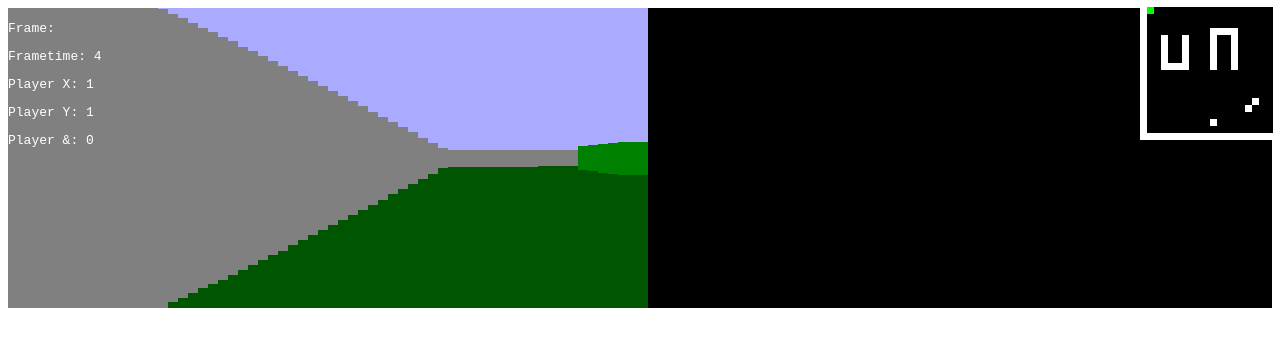
Repository: MarianoGitelman/javascript
Page: Raycaster.html
The author's editor kept a record of every edit. The page is drawn from the files as they stood at one moment, then again after the next edit.
The browser window is 1280 px wide. The pictures show the whole page.

Above is the page before.

### Raycaster.html
<html>
	<head>
		<title>g</title>
		<link href="raycaster.css" type="text/css" rel="stylesheet">
		<script src="jquery.js"></script>
		<script src="mGame.js"></script>
		<script src="Raycaster.js"></script>
	</head>

	<script type="text/javascript">
		var game;
		$(document).ready(function(){
			game = new Raycaster(
				{
					target		: '.juego',
					nCols		: 64
				}
			);
		});

	</script>
	<body>
		<div class="juego"></div>
	</body>
</html>

### raycaster.css
.raycaster{
    height:300px;
    /*width:100%;*/
    background-color:black;
    color:white;
    font-family: monospace;
    overflow:hidden;
}
.raycaster .world{
    position: absolute;
}
.raycaster .col{
    height:300px;
    /*border-left:1px solid red;*/
    width:10px;
    float:left;
    position:relative;
}
.raycaster .col .wall{
    height:10px;
    width:100%;background:green;
    position:absolute;
    font-size: 7px;
}
.raycaster .sky, .raycaster .floor{
    width:100%;
    height:50%;
    position:absolute;
    float:left;
}
.raycaster .sky{
    top:0px;
    background:#aaaaff;
}
.raycaster .floor{
    bottom:0px;
    background:#005500;
}

.console {
    position: fixed;

}

.minimap {
    width: 100px;
    height: 100px;
    background: black;
    color: white;
    /*border: 1px solid green;*/
    position: absolute;
    right: 0;
    top: 0;
    zoom:7;
}
.minimap .actor{
    height: 1px;
    width: 1px;
    background:#00ff00;
    position:absolute;
}
.minimap .block{
    height: 1px;
    width: 1px;
    background:white;
    position:absolute;
}

### mGame.js
var m = m||{};
function Input(conf){
	var me = this;
	me.target = conf.target;

	me.mRight	= false;
	me.mLeft	= false;
	me.kSpace	= false;
	me.kLeft	= false;
	me.kRight	= false;
	console.log("bind", me.target);
	$(me.target).on("keydown", function(e){
		//console.log("[Input] keydown", e.keyCode);
		switch(e.keyCode){
			case 32	: me.kSpace	= true; break;
			case 37	: me.kLeft	= true; break;
			case 39	: me.kRight	= true; break;
			case 38	: me.kUp	= true; break;
			case 40	: me.kDown	= true; break;
			case 49	: me.k1		= true; break;
			case 50	: me.k2		= true; break;
		}

	});
	$(me.target).on("keyup", function(e){
		//console.log("[Input] keyup", e.keyCode);
		switch(e.keyCode){
			case 32	: me.kSpace	= false; break;
			case 37	: me.kLeft	= false; break;
			case 39	: me.kRight	= false; break;
			case 38	: me.kUp	= false; break;
			case 40	: me.kDown	= false; break;
			case 49	: me.k1		= false; break;
			case 50	: me.k2		= false; break;
		}
	});
	/*$(me.target).on("mousedown", function(e){
		me.mLeft = true;
	});
	$(me.target).on("mouseup", function(e){
		me.mLeft = false;
	});

	$(me.target).on("mousemove", function(e){
		//console.log(e.pageX);
	});*/
	$(me.target).on("click", function(e){
		console.log("click!");
	});

	return me;
}

function Actor(conf){
	var me = this;
	//console.log("[Actor] constructor", conf);
	var classNames = [];
	if( conf.classNames ){
		classNames = conf.classNames;
	}
	classNames.push('Actor');
	//console.log("Actor classNames", classNames, classNames.toString().replace(/,/g, " "), typeof this);
	me.el = $('<div class="'+classNames.toString().replace(/,/g, " ")+'"></div>');
	//me.hitBoxes=[];
	me.collisionAnimationDuration = 15;
	me.collisionAnimationIndex = 0;
	me.dyingI = -1;
	me.dyingDuration = 10;
	me.center	= [null, null];

	for( var si in me.hitBoxes ){
		me.hitBoxes[si].el = $('<div class="hitbox"></div>');
		me.hitBoxes[si].el.css(me.hitBoxes[si]);
		me.el.append(me.hitBoxes[si].el);

	}

	$(conf.target).append(me.el);
	me.w = me.el.width();
	me.h = me.el.height();
	me.x2 = me.x+me.w;//deberían reemplazarse con una llamada a .update()
	me.y2 = me.y+me.h;
	me.accel = [0,0];
	me.accelAmount = 15;
	//me.update();
	return me;
}
Actor.prototype.move = function(params){//recibe deltax, deltay
	var me = this;
	//console.log("[Ship] move", params);
	if( params.x ){
		this.x = me.x+params.x;
	}
	if( params.y ){
		this.y = me.y+params.y;
	}
}
/*Actor.prototype.collision = function(c){
	if(c){
		this.el[0].classList.add("collision");
	}
	else{
		this.el[0].classList.remove("collision");
	}
}*/
Actor.prototype.collision = function(){
	this.colliding=true;
	this.collisionAnimationIndex=0;
}
Actor.prototype.doCollision = function(){
	if( this.collisionAnimationIndex<this.collisionAnimationDuration ){
		this.el[0].classList.add("collision");
		this.collisionAnimationIndex++;
	}
	else{
		this.el[0].classList.remove("collision");
		this.colliding=false;
	}
}
Actor.prototype.getX = function(){
	return this.x;
}
Actor.prototype.getY = function(){
	return this.y;
}
Actor.prototype.update = function(){
	var nextX = this.x+this.accel[0];
	var nextY = this.y+this.accel[1];
	var nextX2 = nextX + this.w;
	var nextY2 = nextY + this.h;
	if( !this.constrainToTarget ){
		this.x = nextX;
		this.y = nextY;
		this.x2 = nextX2;
		this.y2 = nextY2;
	}
	else{
		if( nextX>=0&&nextX2<=this.target.w ){
			this.x = nextX;
			this.x2= nextX2;
		}
		else{
			if( nextX<=0 ){
				this.x=0;
				this.x2=this.x+this.w;
				this.accel[0]=0;

			}
			if( nextX2>=this.target.w ){
				this.x=this.target.w-this.w;
				this.x2=this.x+this.w;
				this.accel[0]=0;
			}
		}
		if( nextY>=0&&nextY2<=this.target.h ){
			this.y = nextY;
			this.y2 = nextY2;
		}
		else{
			if( nextY<=0 ){
				this.y=0;
				this.y2=this.y+this.h;
				this.accel[1]=0;
			}
			if( nextY2>=this.target.h ){
				this.y=this.target.h-this.h;
				this.y2=this.y+this.w;
				this.accel[1]=0;
			}

		}
	}
	this.center = [ this.x+(this.w/2), this.y+(this.h/2) ];
	//ahora update a todas las caras
	for( var si in this.hitBoxes ){
		var s = this.hitBoxes[si];
		s.x = this.x+s.left;
		s.x2 = s.x+s.width;
		s.y = this.y+s.top;
		s.y2 = s.y+s.height;
	}

	if( this.colliding ){
		this.doCollision();
	}

	if( this.dyingI>=0 ){
		this.doDying();
	}
}
Actor.prototype.setWidth = function(w){
	this.width = w;
	this.el.width(w);
}
Actor.prototype.setHeight = function(h){
	this.height = h;
	this.el.height(h);
}
Actor.prototype.render	= function(){
	this.el[0].style.top = this.y;
	this.el[0].style.left = this.x;
}
Actor.prototype.accelUp	= function(){
	if( this.accel[1]>-this.accelAmount ){
		this.accel[1]--;
	}
}
Actor.prototype.accelDown	= function(){
	if( this.accel[1]<this.accelAmount ){
		this.accel[1]++;
	}
}
Actor.prototype.accelLeft	= function(){
	if( this.accel[0]>-this.accelAmount ){
		this.accel[0]--;
	}
}
Actor.prototype.accelRight	= function(){
	if( this.accel[0]<this.accelAmount ){
		this.accel[0]++;
	}
}
Actor.prototype.brakeX	= function(){
	if( this.accel[0]>0 ){
		this.accel[0]--;
		return;
	}
	if( this.accel[0]<0 ){
		this.accel[0]++;
	}
}
Actor.prototype.brakeY	= function(){
	if( this.accel[1]>0 ){
		this.accel[1]--;
		return;
	}
	if( this.accel[1]<0 ){
		this.accel[1]++;
	}
}
Actor.prototype.brake = function(){
	this.brakeX();
	this.brakeY();
}
Actor.prototype.doDying  = function(){
	this.dyingI++;
	if( this.dyingSprite ){
		var backPos = this.dyingSprite.frames[parseInt((this.dyingI-1)*this.dyingSprite.frames.length/this.dyingDuration)];
		//console.log('[Actor] doDying', this.dyingI, backPos, this.el[0].backgroundPosition);
		this.el[0].style.backgroundPosition = backPos[0]+'px '+backPos[1]+'px';
	}


	if( this.dyingI>=this.dyingDuration ){
		this.alive = false;
		this.dyingI = -1;
		console.log("[Actor] Dead!");
	}
}
Actor.prototype.kill = function(){
	console.log("[Actor] kill");
	this.dyingI = 0;
}

function Trajectory(conf){
	$.extend(this, conf);
	return this;
};

function isCollision(a1, a2){//deprecar
	if(
		(a1.y>=a2.y && a1.y<=a2.y2 ||
		a1.y2>=a2.y && a1.y2<=a2.y2)
			&&
		(a1.x>=a2.x && a1.x<=a2.x2 ||
		a1.x2>=a2.x && a1.x2<=a2.x2)
	)
	{
		//console.log("isCollision", a1.y>=a2.y && a1.y<=a2.y2, a1.y2>=a2.y && a1.y2<=a2.y2, a1.x>=a2.x && a1.x<=a2.x2, a1.x2>=a2.x && a1.x2<=a2.x2);
		return true;
	}
}

function isRectangleCollision(r1, r2){//actor1, actor2
	if(
		(r1.y>=r2.y && r1.y<=r2.y2 ||
		r1.y2>=r2.y && r1.y2<=r2.y2)
			&&
		(r1.x>=r2.x && r1.x<=r2.x2 ||
		r1.x2>=r2.x && r1.x2<=r2.x2)
	)
	{
		return true;
	}
}

function isActorCollision(a1, a2){
	if( a1.hitBoxes&&a1.hitBoxes.length>0 ){
		for( var sa1i in a1.hitBoxes ){
			if( a2.hitBoxes&&a2.hitBoxes.length>0 ){
				for( var sa2i in a2.hitBoxes  ){
					if( isRectangleCollision(a1.hitBoxes[sa1i], a2.hitBoxes[sa2i]) ){
						return true;
					}
				}
			}
			else{
				if( isRectangleCollision(a1.hitBoxes[sa1i], a2) ){
					return true;
				}
			}
		}
	}
	else{
		if( a2.hitBoxes&&a2.hitBoxes.length>0 ){
			for( var sa2i in a2.hitBoxes  ){
				//console.log("check", a1, a2);
				if( isRectangleCollision(a1, a2.hitBoxes[sa2i]) ){
					//console.log("col", a1, a2);
					return true;
				}
			}
		}
		else{
			return isRectangleCollision(a1, a2);
		}
	}
}

/*
function isInsideConstrain
*/
function isInsideConstrain(a, fp){//devuelve si la posición de un actor está dentro de su constrain
	//a implementar
	//console.log("isInsideConstrain", a, fp);

}

### Raycaster.js
function Raycaster(conf){
    var me = this;
    $.apply(me, conf)
    me.target = $(conf.target);
    console.log('Raycaster',conf);
    me.target.addClass('raycaster');
    me.height = me.target.height();
    me.target.append('<div class="world"><div class="sky" style="height:'+parseInt(me.height/2)+'px"></div><div class="floor" style="height:'+parseInt(me.height/2)+'px"></div></div>');


    console.log('h',me.height);

    me.player = new DoomGuy({x:1, y:1});
    me.input = new Input({target:document});
	me.processInputs = function(){
		//movimiento
		if( me.input.kLeft&&!me.input.kRight ){
			me.player.rotate(-0.1);
		}
		if( me.input.kRight&&!me.input.kLeft ){
			me.player.rotate(0.1);
		}
		if( me.input.kUp&&!me.input.kDown ){
			var newPos = movePoint(me.player.x, me.player.y, me.player.angle, 0.1);
			if(isOcuppablePosition(me.world, newPos[0], newPos[1])){
				//me.player.forward(0.1);
				me.player.setPos(newPos);
			}
		}
		if( me.input.kDown&&!me.input.kUp ){
			var newPos = movePoint(me.player.x, me.player.y, me.player.angle, -0.1);
			if(isOcuppablePosition(me.world, newPos[0], newPos[1])){
				//me.player.forward(-0.1);
				me.player.setPos(newPos);
			}
		}
	}

    for( var i = 0; i<conf.nCols; i++ ){
        me.target.find('.world').append('<div class="col"><div class="wall"></div></div>');
    }
    me.walls = me.target.find('.wall');

	me.console = $('<div class="console">'+
		'<p class="counter">Frame: <span></span></p>'+
		'<p class="frametime">Frametime: <span></span></p>'+
		'<p class="playerposx">Player X: <span></span></p>'+
		'<p class="playerposy">Player Y: <span></span></p>'+
		'<p class="playerangle">Player &: <span></span></p>'+
	'</div>');
	me.target.append(me.console);

	me.info = {
	    frameCount      : me.console.find('.counter span'),
	    frameTimeCounter: me.console.find('.frametime span'),
	    playerPosX      : me.console.find('.playerposx span'),
	    playerPosY      : me.console.find('.playerposy span'),
	    playerAngle     : me.console.find('.playerangle span'),
	};

	me.world = new World({
		map	: [
			[1,1,1,1,1,1,1,1,1,1,1,1,1,1,1,1,1,1,1,1],
			[1,0,0,0,0,0,0,0,0,0,0,0,0,0,0,0,0,0,0,1],
			[1,0,0,0,0,0,0,0,0,0,0,0,0,0,0,0,0,0,0,1],
			[1,0,0,0,0,1,1,1,1,1,0,0,0,0,0,0,0,0,0,1],
			[1,0,0,0,0,0,0,0,0,1,0,0,0,0,0,0,0,0,0,1],
			[1,0,0,0,0,0,0,0,0,1,0,0,0,0,0,0,0,0,0,1],
			[1,0,0,0,0,1,1,1,1,1,0,0,0,0,0,0,0,0,0,1],
			[1,0,0,0,0,0,0,0,0,0,0,0,0,0,0,0,0,0,0,1],
			[1,0,0,0,0,0,0,0,0,0,0,0,0,0,0,0,0,0,0,1],
			[1,0,0,0,0,0,0,0,0,0,0,0,0,0,0,0,0,0,0,1],
			[1,0,0,0,2,2,2,2,2,2,0,0,0,0,0,0,0,3,0,1],
			[1,0,0,0,2,0,0,0,0,0,0,0,0,0,0,0,0,0,0,1],
			[1,0,0,0,2,0,0,0,0,0,0,0,0,0,0,0,0,0,0,1],
			[1,0,0,0,2,2,2,2,2,2,0,0,0,0,0,0,0,0,0,1],
			[1,0,0,0,0,0,0,0,0,0,0,0,0,0,0,0,0,0,0,1],
			[1,0,0,0,0,0,0,0,0,0,0,0,0,0,0,3,0,0,0,1],
			[1,0,0,0,0,0,0,0,0,0,0,0,0,0,3,0,0,0,0,1],
			[1,0,0,0,0,0,0,0,0,0,0,0,0,0,0,0,0,0,0,1],
			[1,0,0,0,0,0,0,0,0,0,0,0,0,0,0,0,0,0,0,1],
			[1,1,1,1,1,1,1,1,1,1,1,1,1,1,1,1,1,1,1,1]
		]
	});

	me.minimap = new MiniMap({
		target	: conf.target,
		world	: me.world
	});

	me.updateInfo = function(){
	    /*
		if( me.input.kLeft ){
			me.spanKL.addClass("pressed");
		}
		else{
			me.spanKL.removeClass("pressed");
		}
		if( me.input.kRight ){
			me.spanKR.addClass("pressed");
		}
		else{
			me.spanKR.removeClass("pressed");
		}
		*/
		me.info.frameCount.html(me.frame);
		me.info.frameTimeCounter.html(me.frameTime-me.lastFrameTime);
		me.info.playerPosX.html(me.player.x);
		me.info.playerPosY.html(me.player.y);
		me.info.playerAngle.html(me.player.angle);

		me.minimap.setPlayerPos(me.player.x, me.player.y);
	}
	me.updateGame = function(){
		me.frameTime = new Date().getTime();
		me.frame++;
		if(me.frame==30){
			me.frame=0;
		}
		me.processInputs();
		me.updateFrame();
		//me.renderFrame();
		me.updateInfo();
		me.lastFrameTime = new Date().getTime();
	}
	me.startLoop = function(){
		me.timer = setInterval(me.updateGame, 1000/me.fps);
	}
	me.stopLoop	= function(){
		console.log("stopLoop");
		clearInterval(me.timer);
	}

	me.startLoop();
    return me;
}
Raycaster.prototype.updateFrame = function(){
    var me = this;
    if( me.player.x>=0 && me.player.y>=0 && me.player.x<=me.world.maxX && me.player.y<=me.world.maxY ){
	    me.walls.each(function(wi){
	    	//console.log("wall", wi, this);
	    	var o = calcWallHeight(wi, me.player, me.world);
	    	this.style.height	= o.h;

	    	this.style.top		= Math.round(calcWallTop(this));
	    	//$(this).html(o.r);
	    	this.style.background = me.enums.colors[o.c-1];
	    });
    }

}
Raycaster.prototype.enums = {
	colors:['gray','green', 'red', 'blue']
};
var cosa = Math.PI/180;
var offset = Math.PI/4;
function calcWallHeight(wi, player, world){
	var r = 0;
	var x = player.x;
	var y = player.y;
	var a = (player.angle-offset) + wi * cosa;

	var obj;
	while ( !obj ){
		r+=0.01;
		obj = world.isThereSomething(x+r*Math.cos(a),y+r*Math.sin(a));
	}

	return {h:r<1?300:parseInt((300/r)), c:obj, r:r};
}
function calcWallTop(wall){
	//console.log(wall.parentElement, $(wall.parentElement).height());
	return $(wall.parentElement).height()/2 -  $(wall).height()/2;
}

function DoomGuy(conf){
 	var me = this;
	$.extend(me, conf);
	var classNames = [];
	if( conf.classNames ){
		classNames = conf.classNames;
	}
	classNames.push('doomguy');
	Actor.call(this, $.extend(conf, {classNames:classNames}));
	console.log("[DoomGuy] constructor", me, conf);

	me.x = conf.x||0;
	me.y = conf.y||0;
	me.angle=0;

	me.stepLength = 0.1;

	return me;
}
DoomGuy.prototype = Object.create(Actor.prototype);
DoomGuy.prototype.rotate = function(angle){
	this.angle+=angle;
	if( this.angle>=2*Math.PI ){
		this.angle-=2*Math.PI
	}
	else{
		if( this.angle<=-2*Math.PI ){
			this.angle+=2*Math.PI;
		}
	}
}
DoomGuy.prototype.forward = function(r){
	this.x += r*Math.cos(this.angle);
	this.y += r*Math.sin(this.angle);
}
DoomGuy.prototype.setPos = function(pos){// [x,y]
	this.x = pos[0];
	this.y = pos[1];
}

function World(conf){
	var me = this;
	me.map = conf.map;
	me.maxX = me.map[0].length;
	me.maxY = me.map.length;
	console.log("world", me);
	return me;
}
World.prototype.isThereSomething = function(x, y){

	if( this.map[Math.round(x)]&&this.map[Math.round(x)][Math.round(y)] ){
		return this.map[Math.round(x)][Math.round(y)];
	}
	else{
		return false;

	}
}

function MiniMap(conf){
	var me = this;
	var $el = $('<div class="minimap"></div>');
	me.player = $('<div class="item actor"></div>');
	$el.append(me.player);
	$(conf.target).append($el);

	$el.width(conf.world.map.length);
	$el.height(conf.world.map[0].length);
	for( var rowIndex in conf.world.map ){
		var row = conf.world.map[rowIndex];
		for( var columnIndex in row ){
			if( row[columnIndex]!=0 ){
				$el.append('<div class="block" style="left:'+rowIndex+'px;top:'+columnIndex+'px;"></div>');
			}
		}
	}
}
MiniMap.prototype.setPlayerPos = function(x,y){
	this.player[0].style.left = x;
	this.player[0].style.top = y;
}

function isOcuppablePosition(world, x, y){
	//console.log('isOcuppablePosition', x, y);
	return world.map[parseInt(x)][parseInt(y)]==0;
}

function movePoint(x, y, angle, r){//x, y: coordenadas actuales. angle, r: parámetros para mover el punto
	//console.log('movePoint', x, y, angle, r);
	return [ x+r*Math.cos(angle), y+r*Math.sin(angle) ];
}

Loaded but not shown: jquery.js (library)

After the next edit:
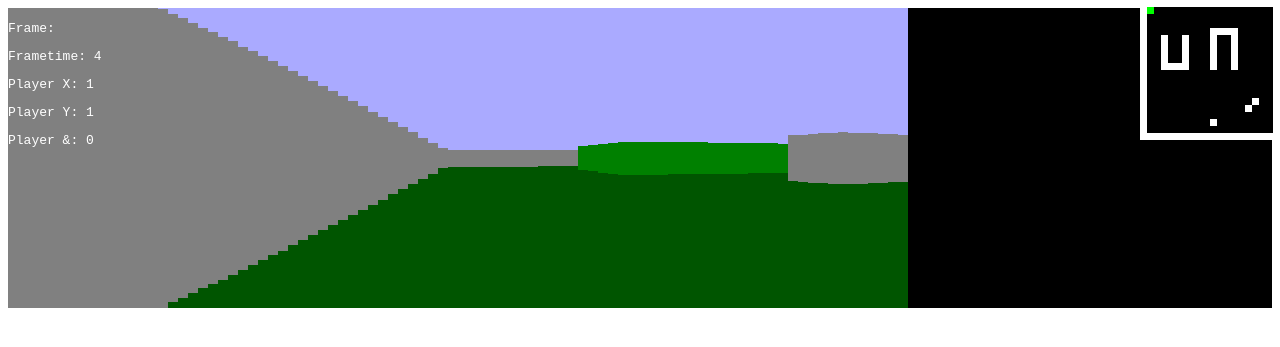
The edit:
--- a/Raycaster.html
+++ b/Raycaster.html
@@ -13,7 +13,7 @@
 			game = new Raycaster(
 				{
 					target		: '.juego',
-					nCols		: 64
+					nCols		: 90
 				}
 			);
 		});
